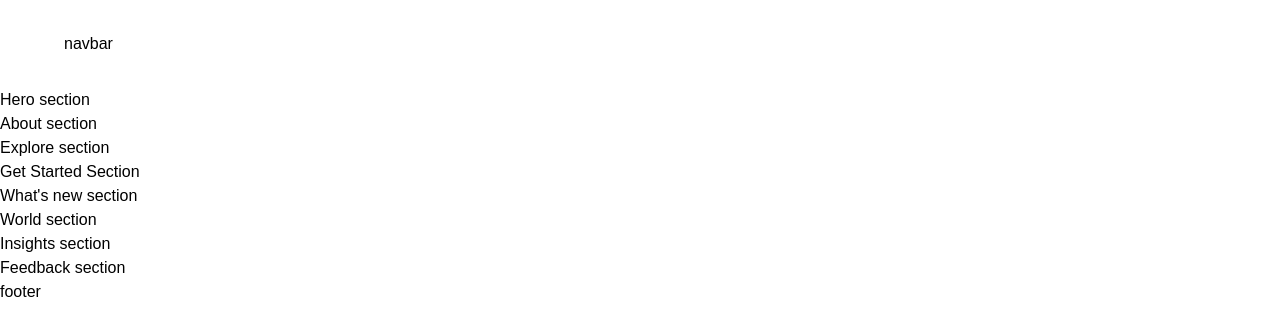
Repository: remydev47/metaoasis
Page: /
An editor plug-in stored every save of this project. The page is shown before and after the next save, followed by the edit.
The browser window is 1280 px wide. The pictures show the whole page.
Some web fonts or font styles are not loaded; a fallback is used. The project was rebuilt for these pictures with package versions that can differ from the ones it lists, and the page was loaded fresh each time. The framework's server and built-in components were replaced by stand-ins that run in the browser. Also part of the build but not shown: next.config.js, components/CustomTexts.jsx, components/ExploreCard.jsx, components/StartSteps.jsx, components/NewFeatures.jsx, components/InsightCard.jsx.

Above is the page before, as saved 2022-11-30 12:40:46.

### app/page.js
import { Footer, Navbar } from '../components';
import { About, Explore, Feedback, GetStarted, Hero, Insights, WhatsNew, World } from '../sections';

const Page = () => (
  <div>
    <Navbar/>
    <Hero />
    <About />
    <Explore />
    <GetStarted />
    <WhatsNew />
    <World />
    <Insights />
    <Feedback />
    <Footer />
  </div>
);

export default Page;

### components/Navbar.jsx
'use client';
import { motion } from "framer-motion";
import styles from '../styles'
import { navVariants } from '../utils/motion'

const Navbar = () => (
  <motion.nav
   variants={navVariants}
   initial="hidden"
   whileInView="show"
   className={`${styles.xPaddings} py-8 relative`}
  >
    navbar
  </motion.nav>
);

export default Navbar;

### styles/index.js
const styles = {
  innerWidth: '2xl:max-w-[1280px] w-full',
  interWidth: 'lg:w-[80%] w-[100%]',

  paddings: 'sm:p-16 xs:p-8 px-6 py-12',
  yPaddings: 'sm:py-16 xs:py-8 py-12',
  xPaddings: 'sm:px-16 px-6',
  topPaddings: 'sm:pt-16 xs:pt-8 pt-12',
  bottomPaddings: 'sm:pb-16 xs:pb-8 pb-12',

  flexCenter: 'flex justify-center items-center',
  flexStart: 'flex justify-start items-start',
  flexEnd: 'flex justify-end',
  navPadding: 'pt-[98px]',

  // hero section
  heroHeading:
      'font-bold lg:text-[144px] md:text-[100px] sm:text-[60px] text-[44px] lg:leading-[158.4px] md:leading-[114.4px] sm:leading-[74.4px] leading-[64.4px] uppercase text-white',
  heroDText:
      'md:w-[212px] sm:w-[80px] w-[60px] md:h-[108px] sm:h-[48px] h-[38px] md:border-[18px] border-[9px] rounded-r-[50px] border-white sm:mx-2 mx-[6px]',
};

export default styles;

### utils/motion.js
export const navVariants = {
  hidden: {
    opacity: 0,
    y: -50,
    transition: {
      type: 'spring',
      stiffness: 300,
      damping: 140,
    },
  },
  show: {
    opacity: 1,
    y: 0,
    transition: {
      type: 'spring',
      stiffness: 80,
      delay: 1,
    },
  },
};

export const slideIn = (direction, type, delay, duration) => ({
  hidden: {
    x: direction === 'left' ? '-100%' : direction === 'right' ? '100%' : 0,
    y: direction === 'up' ? '100%' : direction === 'down' ? '100%' : 0,
  },
  show: {
    x: 0,
    y: 0,
    transition: {
      type,
      delay,
      duration,
      ease: 'easeOut',
    },
  },
});

export const staggerContainer = (staggerChildren, delayChildren) => ({
  hidden: {},
  show: {
    transition: {
      staggerChildren,
      delayChildren,
    },
  },
});

export const textVariant = (delay) => ({
  hidden: {
    y: 50,
    opacity: 0,
  },
  show: {
    y: 0,
    opacity: 1,
    transition: {
      type: 'spring',
      duration: 1.25,
      delay,
    },
  },
});

export const textContainer = {
  hidden: {
    opacity: 0,
  },
  show: (i = 1) => ({
    opacity: 1,
    transition: { staggerChildren: 0.1, delayChildren: i * 0.1 },
  }),
};

export const textVariant2 = {
  hidden: {
    opacity: 0,
    y: 20,
  },
  show: {
    opacity: 1,
    y: 0,
    transition: {
      type: 'tween',
      ease: 'easeIn',
    },
  },
};

export const fadeIn = (direction, type, delay, duration) => ({
  hidden: {
    x: direction === 'left' ? 100 : direction === 'right' ? -100 : 0,
    y: direction === 'up' ? 100 : direction === 'down' ? -100 : 0,
    opacity: 0,
  },
  show: {
    x: 0,
    y: 0,
    opacity: 1,
    transition: {
      type,
      delay,
      duration,
      ease: 'easeOut',
    },
  },
});

export const planetVariants = (direction) => ({
  hidden: {
    x: direction === 'left' ? '-100%' : '100%',
    rotate: 120,
  },
  show: {
    x: 0,
    rotate: 0,
    transition: {
      type: 'spring',
      duration: 1.8,
      delay: 0.5,
    },
  },
});

export const zoomIn = (delay, duration) => ({
  hidden: {
    scale: 0,
    opacity: 0,
  },
  show: {
    scale: 1,
    opacity: 1,
    transition: {
      type: 'tween',
      delay,
      duration,
      ease: 'easeOut',
    },
  },
});

export const footerVariants = {
  hidden: {
    opacity: 0,
    y: 50,
    transition: {
      type: 'spring',
      stiffness: 300,
      damping: 140,
    },
  },
  show: {
    opacity: 1,
    y: 0,
    transition: {
      type: 'spring',
      stiffness: 80,
      delay: 0.5,
    },
  },
};

Loaded but not shown: app/layout.js (common file); styles/globals.css (common file); components/index.js (common file); sections/index.js (common file); components/Footer.jsx (common file); sections/Hero.jsx (common file); sections/About.jsx (common file); sections/Explore.jsx (common file); sections/GetStarted.jsx (common file); sections/WhatsNew.jsx (common file); sections/World.jsx (common file); sections/Insights.jsx (common file); sections/Feedback.jsx (common file); tailwind.config.js (common file)

After the next save:
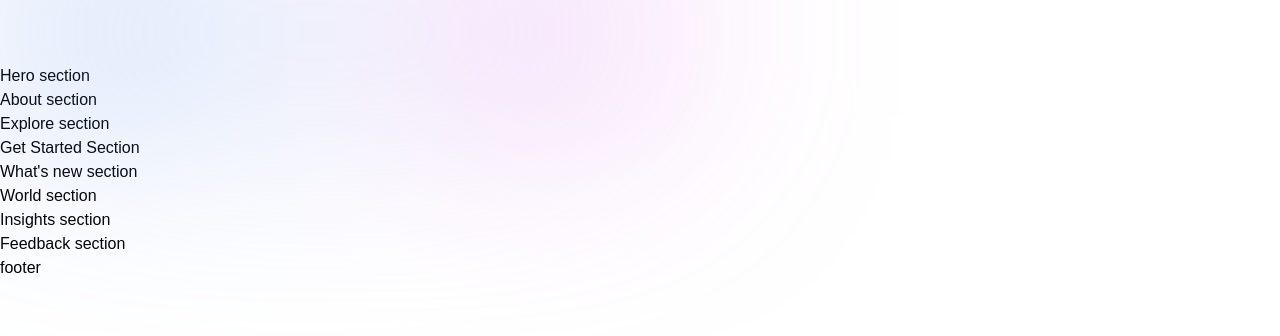
Saved 2 min 40 s later.
--- a/components/Navbar.jsx
+++ b/components/Navbar.jsx
@@ -10,7 +10,7 @@ const Navbar = () => (
    whileInView="show"
    className={`${styles.xPaddings} py-8 relative`}
   >
-    navbar
+    <div className="absolute w-[50%] inset-0 gradient-01" />
   </motion.nav>
 );
 
